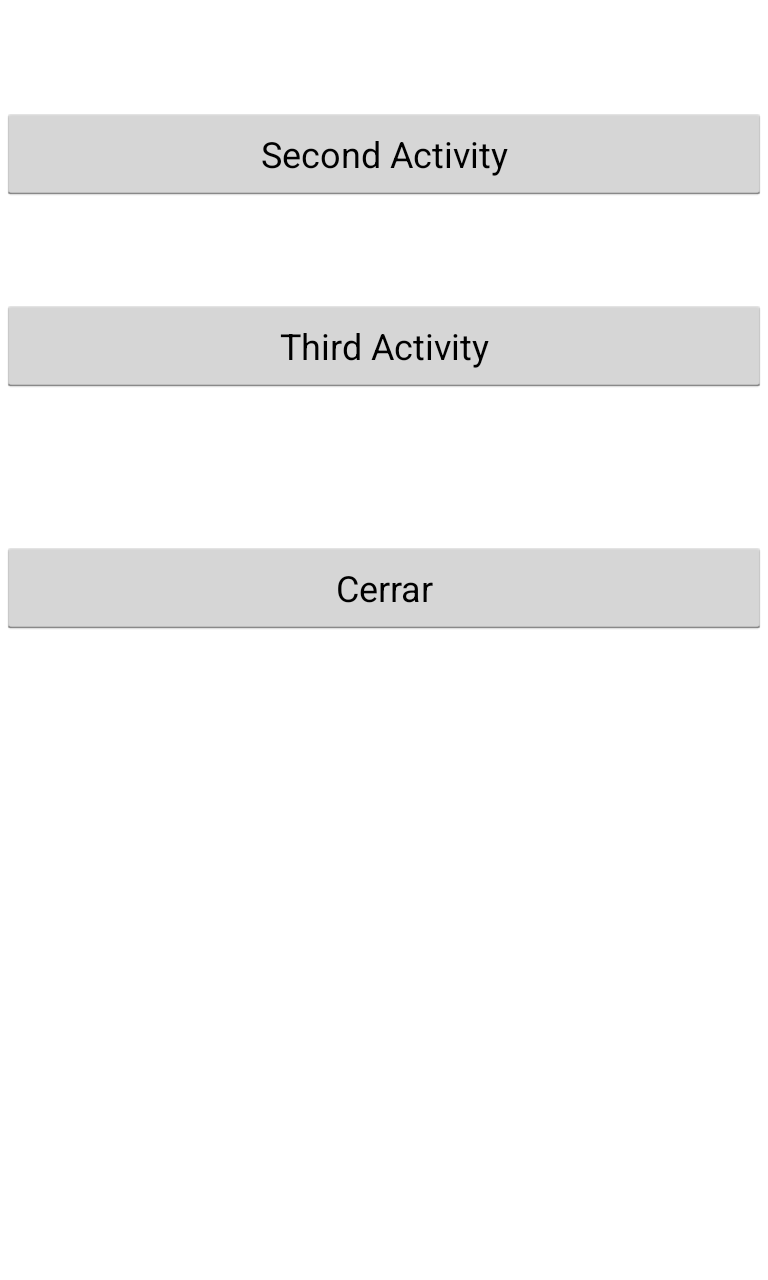
Repository: alain2014/EjerciciosAndroid
Layout: CicloVida/res/layout/activity_b.xml
The author's editor kept a copy of each file at every save. The layout is drawn from the files as they stood at one save, then again after the next save.
It is drawn on a 768 x 1280 px phone screen (xhdpi) without system bars, with theme AppTheme; the app's code is not run.

Above is the layout before, as saved 2014-05-06 08:54:24.

### CicloVida/res/layout/activity_b.xml
<FrameLayout xmlns:android="http://schemas.android.com/apk/res/android"
    xmlns:tools="http://schemas.android.com/tools"
    android:id="@+id/container"
    android:layout_width="match_parent"
    android:layout_height="match_parent"
    tools:context="com.example.ciclovida.ActivityB"
    tools:ignore="MergeRootFrame" >

        <RelativeLayout
        android:layout_width="match_parent"
        android:layout_height="match_parent" >

        <Button
            android:id="@+id/button1"
            android:layout_width="match_parent"
            android:layout_height="wrap_content"
            android:layout_alignParentTop="true"
            android:layout_centerHorizontal="true"
            android:layout_marginTop="53dp"
            android:text="Second Activity"
            android:onClick="startActivityB" />

        <Button
            android:id="@+id/button2"
            android:layout_width="match_parent"
            android:layout_height="wrap_content"
            android:layout_alignRight="@+id/button1"
            android:layout_below="@+id/button1"
            android:layout_marginTop="48dp"
            android:text="Third Activity"
            android:onClick="startActivityC"  />

        <Button
            android:id="@+id/button3"
            android:layout_width="match_parent"
            android:layout_height="wrap_content"
            android:layout_alignRight="@+id/button2"
            android:layout_below="@+id/button2"
            android:layout_marginTop="73dp"
            android:text="Cerrar"
            android:onClick="close"  />

    </RelativeLayout>

</FrameLayout>

Loaded but not shown: CicloVida/res/values/styles.xml (common file); CicloVida/res/values-v11/styles.xml (common file); CicloVida/res/values-v14/styles.xml (common file)

After the next save:
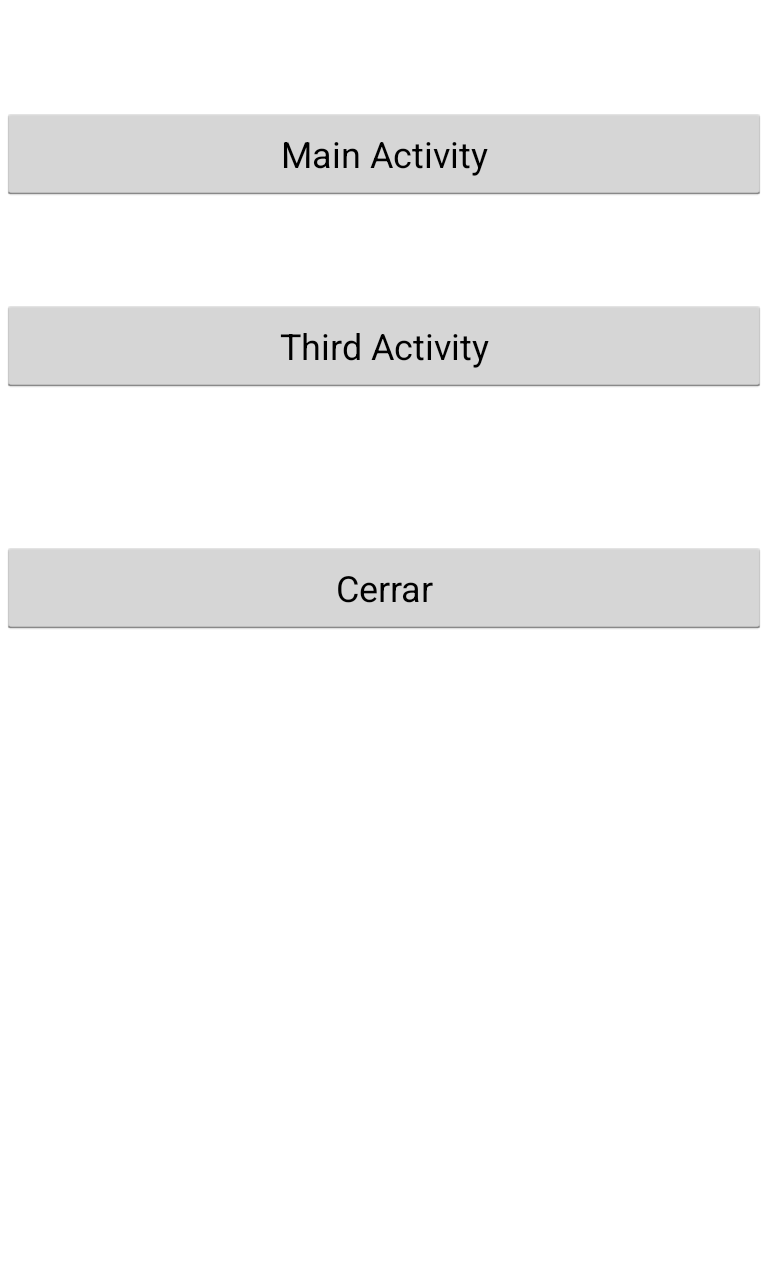
Saved 32 s later.
--- a/CicloVida/res/layout/activity_b.xml
+++ b/CicloVida/res/layout/activity_b.xml
@@ -17,8 +17,8 @@
             android:layout_alignParentTop="true"
             android:layout_centerHorizontal="true"
             android:layout_marginTop="53dp"
-            android:text="Second Activity"
-            android:onClick="startActivityB" />
+            android:text="Main Activity"
+            android:onClick="startActivityA" />
 
         <Button
             android:id="@+id/button2"
